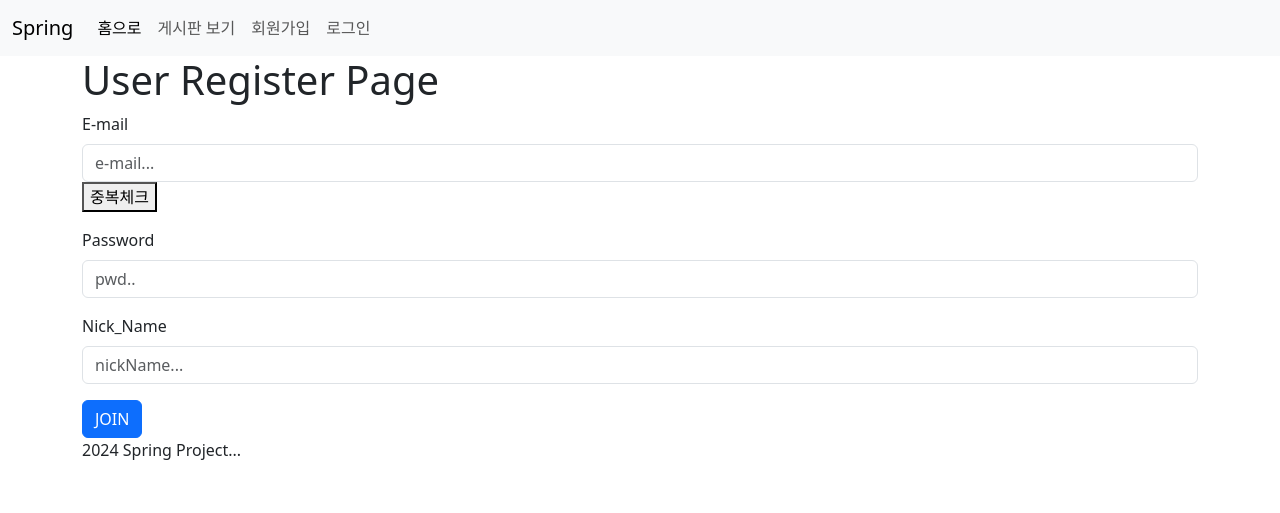
Repository: wanted2001/spring2_project
Page: http://localhost/spring_test2/WEB-INF/views/user/register.jsp
The author's editor kept a copy of each file at every save. The page is drawn from the files as they stood at one save, then again after the next save.
The browser window is 1280 px wide. The pictures show the whole page.
The page is served by Tomcat 9. Nobody is signed in. Other server files are loaded and not shown. The template is opened directly, without the code that normally fills it, so the values that code supplies are empty.

Above is the page before, as saved 2024-05-09 02:54:32.
Console error: TypeError: Cannot read properties of null (reading 'addEventListener')

### spring_test2/src/main/webapp/WEB-INF/views/user/register.jsp
<%@ page language="java" contentType="text/html; charset=UTF-8"
    pageEncoding="UTF-8"%>
<jsp:include page="../layout/header.jsp" />
<div class="container-md">
		<h1>User Register Page</h1>
		<form action="/user/register" method="post">
		<div class="mb-3">
	  		<label for="e" class="form-label">E-mail</label>
	  		<input type="text" class="form-control" name="email" id="e" placeholder="e-mail...">
	  		<a href="/user/check"><button type="button">중복체크</button></a>
		</div>
		<div class="mb-3">
	  		<label for="p" class="form-label">Password</label>
	  		<input type="password" class="form-control" name="pwd" id="p" placeholder="pwd..">
		</div>
		<div class="mb-3">
	  		<label for="n" class="form-label">Nick_Name</label>
	  		<input type="text" class="form-control" name="nickName" id="n" placeholder="nickName...">
		</div>
		<button type="submit" class="btn btn-primary">JOIN</button>
	</form>
		</div>
<jsp:include page="../layout/footer.jsp" />

### spring_test2/src/main/webapp/WEB-INF/views/layout/header.jsp
<%@ page language="java" contentType="text/html; charset=UTF-8"
	pageEncoding="UTF-8"%>
<%@taglib uri="http://java.sun.com/jsp/jstl/core" prefix="c"%>
<%@taglib uri="http://www.springframework.org/security/tags"
	prefix="sec"%>
<!DOCTYPE html>
<html>
<head>
<meta charset="UTF-8">
<title>header.jsp</title>
<link href="/resources/css/bootstrap.min.css" rel="stylesheet"
	crossorigin="anonymous">
<script src="/resources/js/bootstrap.bundle.min.js"
	crossorigin="anonymous"></script>
</head>
<body>
	<nav class="navbar navbar-expand-lg bg-body-tertiary">
		<div class="container-fluid">
			<a class="navbar-brand" href="/">Spring</a>
			<button class="navbar-toggler" type="button"
				data-bs-toggle="collapse" data-bs-target="#navbarSupportedContent"
				aria-controls="navbarSupportedContent" aria-expanded="false"
				aria-label="Toggle navigation">
				<span class="navbar-toggler-icon"></span>
			</button>
			<div class="collapse navbar-collapse" id="navbarSupportedContent">
				<ul class="navbar-nav me-auto mb-2 mb-lg-0">
					<li class="nav-item"><a class="nav-link active"
						aria-current="page" href="/">홈으로</a></li>

					<li class="nav-item"><a class="nav-link" href="/board/list">게시판
							보기</a></li>
					<sec:authorize access="isAnonymous()">
						<li class="nav-item"><a class="nav-link"
							href="/user/register">회원가입</a></li>
						<li class="nav-item"><a class="nav-link" href="/user/login">로그인</a>
						</li>
					</sec:authorize>
					<!-- 액세스에 권한이 있는지 확인  -->
					<!-- 현재 사용자의 정보는 principal  -->

					<sec:authorize access="isAuthenticated()">
						<sec:authentication property="principal.uvo.email" var="authEmail" />
						<sec:authentication property="principal.uvo.nickName"
							var="authNick" />
						<sec:authentication property="principal.uvo.authList" var="auths" />
						<c:choose>
							<c:when
								test="${auths.stream().anyMatch(authVO -> authVO.auth.equals('ROLE_ADMIN')).get() }">
								<li class="nav-item"><a class="nav-link" href="/user/userList">회원리스트
										${authNick }(${authEmail }) / ADMIN)</a></li>
								<li class="nav-item"><a class="nav-link"
									href="/board/register">게시판 글쓰기</a></li>
							</c:when>
							<c:otherwise>
								<li class="nav-item"><a class="nav-link" href="/user/userModify">회원정보수정
										${authNick }(${authEmail })</a></li>
							</c:otherwise>
						</c:choose>
						<li class="nav-item"><a class="nav-link" href=""
							id="logoutLink">로그아웃</a></li>
						<form action="/user/logout" method="post" id="logoutForm">
							<!-- 인증된 계정의 이메일 -->
							<input type="hidden" name="email" value="${authEmail }">
						</form>
					</sec:authorize>


					<%--  <c:if test="${ses.id ne null }">
        <li class="nav-item">
          <a class="nav-link" href="/user/logout">로그아웃</a>
        </li>
        <li class="nav-item">
          <a class="nav-link" href="/user/modify">${ses.id }(${ses.email }) welcome!!!</a>
        </li>
        </c:if> --%>
				</ul>
			</div>
		</div>
	</nav>
	<script type="text/javascript">
	document.getElementById("logoutLink").addEventListener('click',(e)=>{
		e.preventDefault();
	    document.getElementById("logoutForm").submit();
	})
	</script>

### spring_test2/src/main/webapp/WEB-INF/views/layout/footer.jsp
<%@ page language="java" contentType="text/html; charset=UTF-8"
    pageEncoding="UTF-8"%>
<div class="container-md">
	2024 Spring Project...
</div>

</body>
</html>

Loaded but not shown: spring_test2/src/main/webapp/resources/css/bootstrap.min.css (library); spring_test2/src/main/webapp/resources/js/bootstrap.bundle.min.js (library)

After the next save:
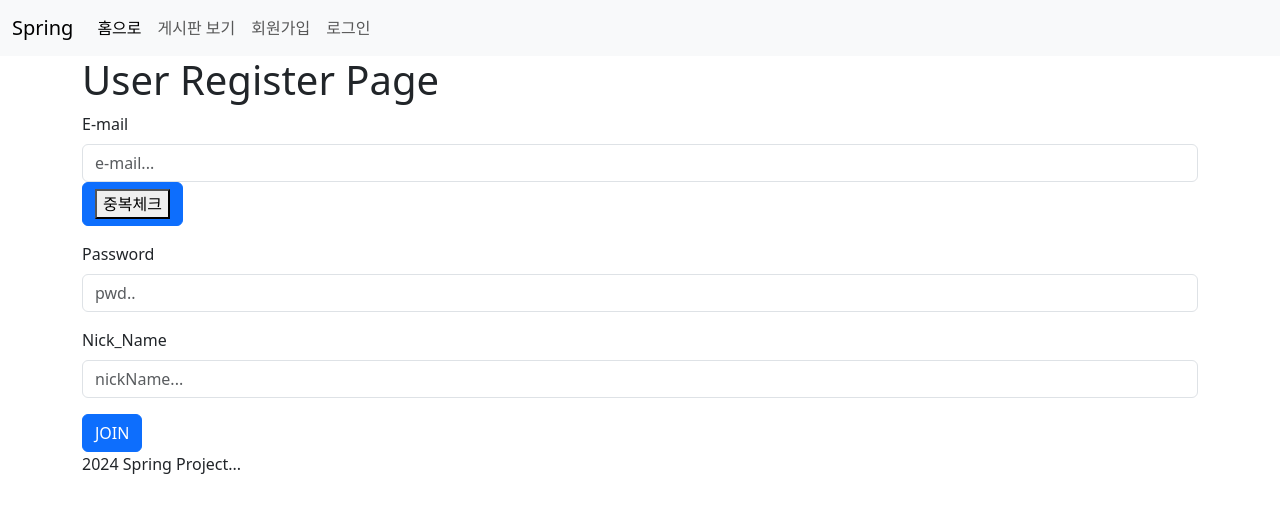
Saved 2 min 33 s later.
--- a/spring_test2/src/main/webapp/WEB-INF/views/user/register.jsp
+++ b/spring_test2/src/main/webapp/WEB-INF/views/user/register.jsp
@@ -7,7 +7,7 @@
 		<div class="mb-3">
 	  		<label for="e" class="form-label">E-mail</label>
 	  		<input type="text" class="form-control" name="email" id="e" placeholder="e-mail...">
-	  		<a href="/user/check"><button type="button">중복체크</button></a>
+	  		<a href="/user/check" class="btn btn-primary"><button type="button">중복체크</button></a>
 		</div>
 		<div class="mb-3">
 	  		<label for="p" class="form-label">Password</label>
